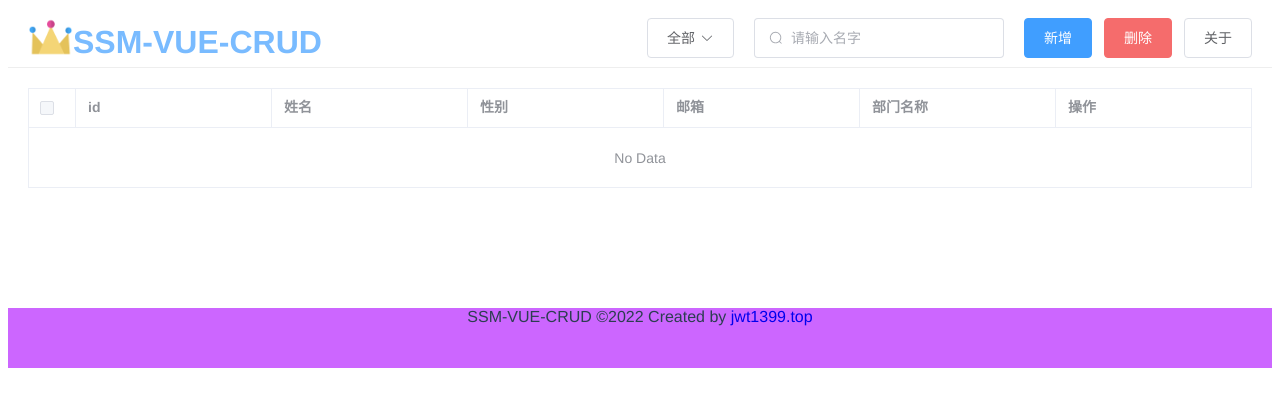
Repository: jwt1399/ssm-vue-crud
Page: / (app in ssm-crud-front/)
These files come from the project's save history. The page is drawn as it stood at one moment and after the next save; the edit follows.
The browser window is 1280 px wide. The pictures show the whole page.
The project was rebuilt for these pictures with package versions that can differ from the ones it lists, and the page was loaded fresh each time. Also part of the build but not shown: ssm-crud-front/vue.config.js.

Above is the page before, as saved 2022-06-09 12:45:55.

After the next save:
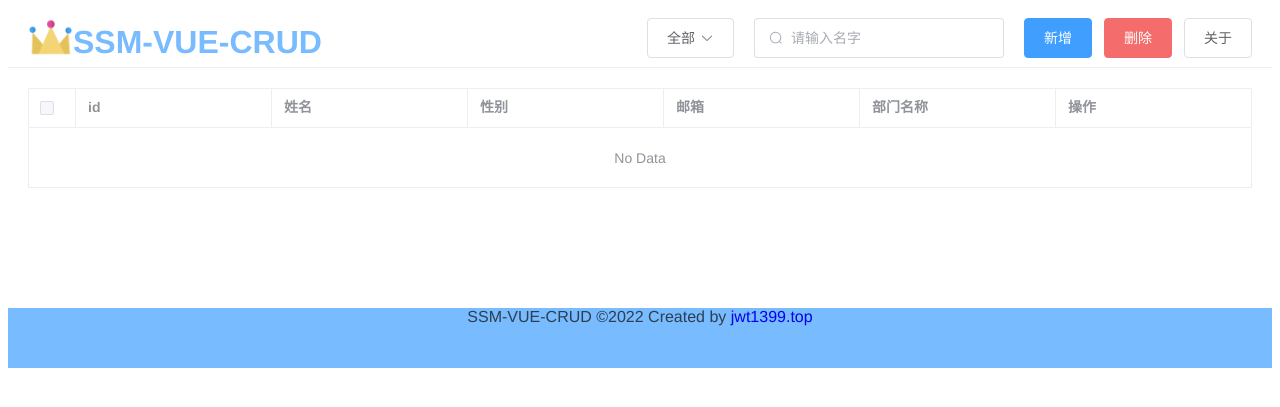
Saved 27 s later.
--- a/ssm-crud-front/src/components/Footer.vue
+++ b/ssm-crud-front/src/components/Footer.vue
@@ -19,7 +19,7 @@ export default{
     margin-top: 60px; /*等于footer的高度*/
     height: 60px;
     /* clear:both; */
-    background: #c6f;
+    background: #79bbff;
 }
 
 
